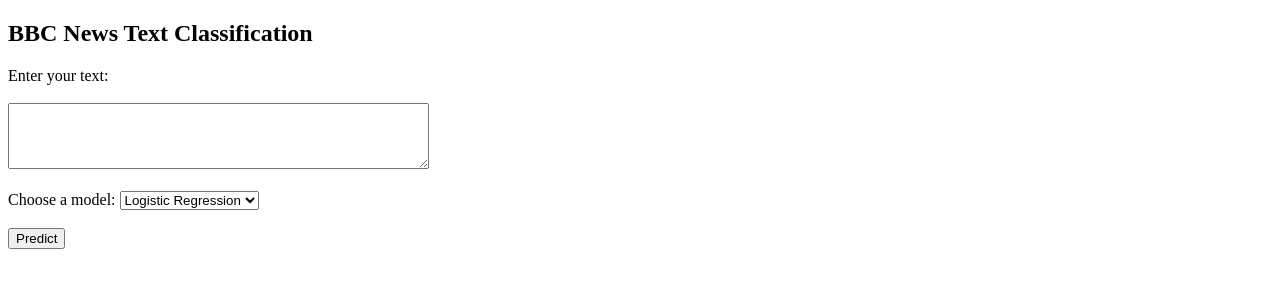
Repository: erlisasadiku/AI-ML
Page: index.html
These files come from the project's save history. The page is drawn as it stood at one moment and after the next save; the edit follows.
The browser window is 1280 px wide. The pictures show the whole page.

Above is the page before, as saved 2025-10-03 17:03:32.

After the next save:
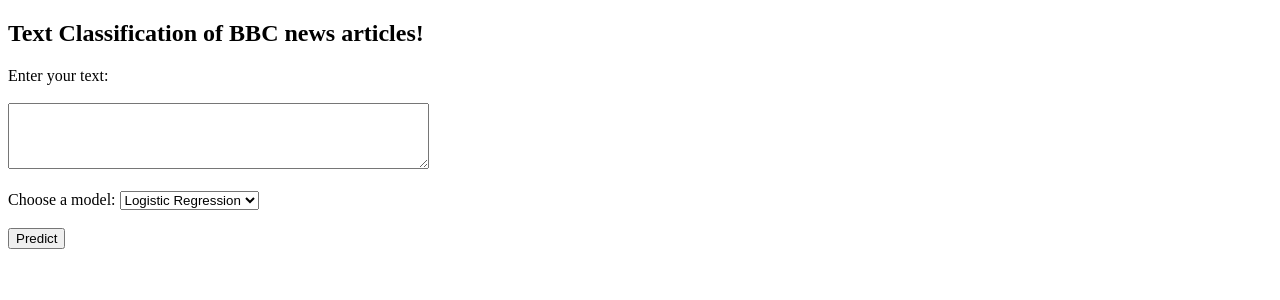
Saved 59 s later.
--- a/index.html
+++ b/index.html
@@ -3,10 +3,10 @@
 <html>
 
 <head>
-    <title>Text Classification of BBC news articles!</title>
+    <title>AI/ML - Text Classification</title>
 </head>
 <body>
-    <h2>BBC News Text Classification</h2>
+    <h2>Text Classification of BBC news articles!</h2>
 
     <label for="text">Enter your text:</label><br><br>
     <textarea id="text" rows="4" cols="50"></textarea><br><br>
